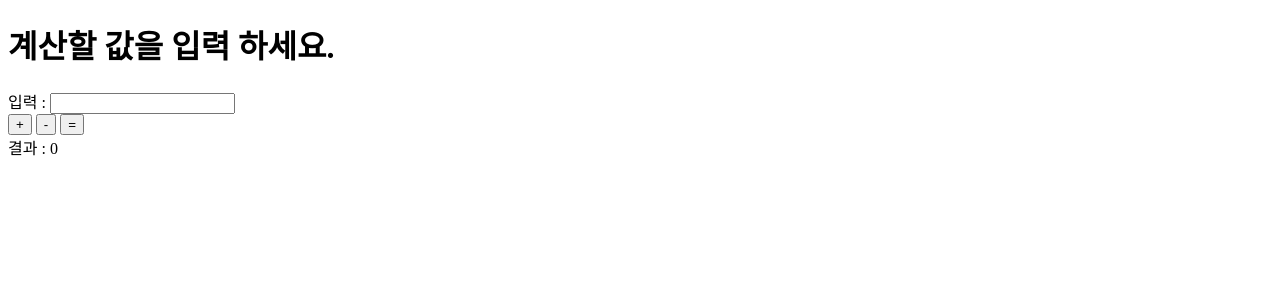
Repository: soyamilk0705/spring-newlecture
Page: ServeltAndJsp/JSPPrj/WebContent/calc3.html
An editor plug-in stored every save of this project. The page is shown before and after the next save, followed by the edit.
The browser window is 1280 px wide. The pictures show the whole page.

Above is the page before, as saved 2024-01-13 12:53:19.

After the next save:
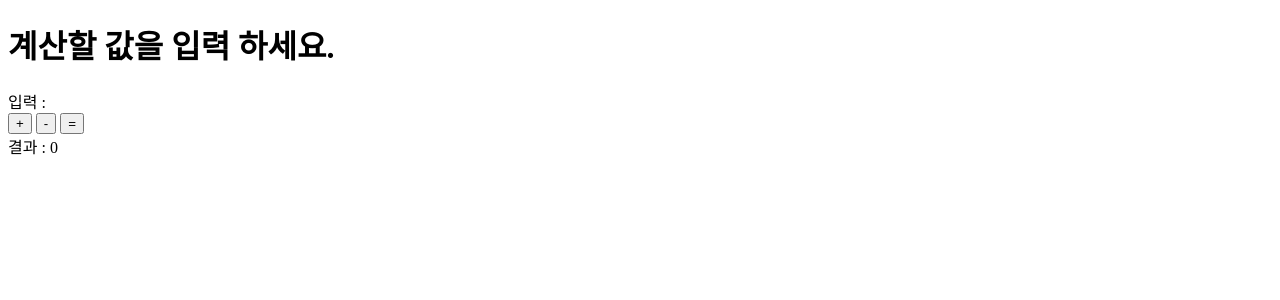
Saved 11 s later.
--- a/ServeltAndJsp/JSPPrj/WebContent/calc3.html
+++ b/ServeltAndJsp/JSPPrj/WebContent/calc3.html
@@ -9,7 +9,6 @@
 	<form action="/calc3" method="post">
 		<div>
 			<label>입력 : </label>
-			<input type="text" name="v">
 		</div>
 		<div>
 			<input type="submit" name="operator" value="+">
